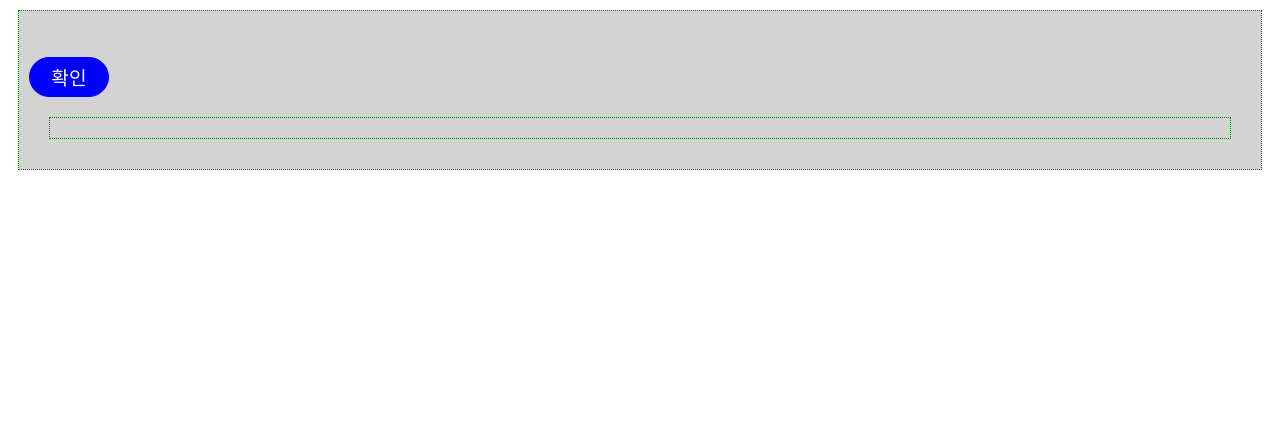
Repository: JJaeHwan/HTML
Page: jquerypro/WebContent/0116/이벤트메소드2.html
An editor plug-in stored every save of this project. The page is shown before and after the next save, followed by the edit.
The browser window is 1280 px wide. The pictures show the whole page.

Above is the page before, as saved 2023-01-16 06:38:29.

After the next save:
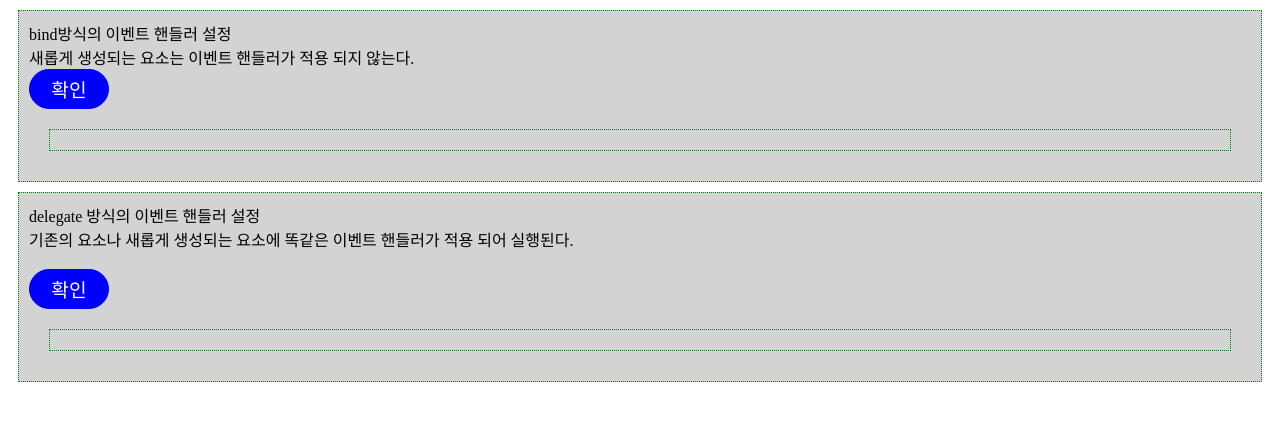
Saved 16 min 25 s later.
--- a/jquerypro/WebContent/0116/이벤트메소드2.html
+++ b/jquerypro/WebContent/0116/이벤트메소드2.html
@@ -25,7 +25,17 @@
 
 
 <div class="box">
-	<br><br>
+	bind방식의 이벤트 핸들러 설정<br>
+	새롭게 생성되는 요소는 이벤트 핸들러가 적용 되지 않는다. <br>
+	<input type="button" value="확인" class="btn1">
+	<br>
+
+	<div id="res1"></div>
+</div>
+
+<div class="box">
+	delegate 방식의 이벤트 핸들러 설정<br>
+	기존의 요소나 새롭게 생성되는 요소에 똑같은 이벤트 핸들러가 적용 되어 실행된다.<br><br>
 	<input type="button" value="확인" class="btn1">
 	<br>
 
